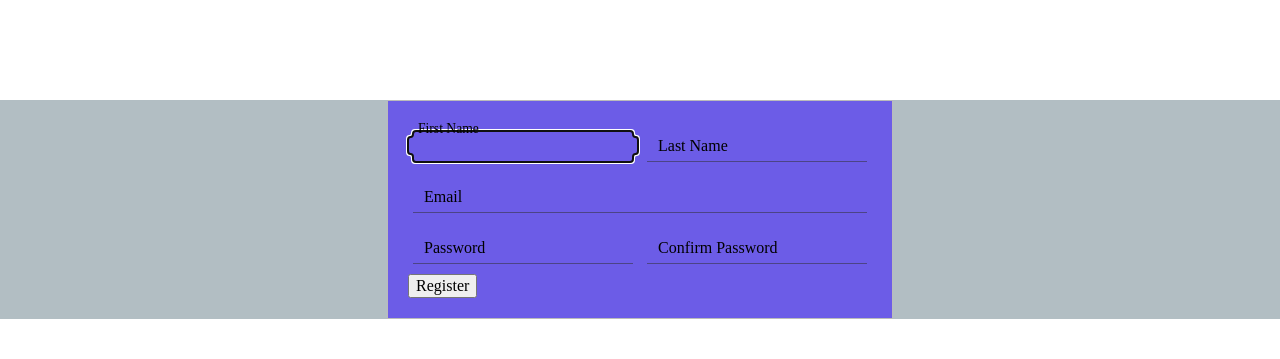
Repository: AMAmine89/vanilla-projects
Page: formo/index.html
These files come from the project's save history. The page is drawn as it stood at one moment and after the next save; the edit follows.
The browser window is 1280 px wide. The pictures show the whole page.
The first visible `span` has the focus.

Above is the page before, as saved 2021-05-05 07:18:55.

### formo/index.html
<!DOCTYPE html>
<html lang="en">
<head>
    <meta charset="UTF-8">
    <meta http-equiv="X-UA-Compatible" content="IE=edge">
    <meta name="viewport" content="width=device-width, initial-scale=1.0">
    <link rel="stylesheet" href="css/normalize.css">
    <link rel="stylesheet" href="style.css">
    <title>Formo</title>
</head>
<body>
    <section>
        <form>
            <div class="double-block">
                <div>
                    <span class="first-name">
                        <input type="text" name="first-name" id="first-name">
                    </span>
                </div>
                <div>
                    <span class="last-name">
                        <input type="text" name="last-name">
                    </span>
                </div>
            </div>
            <div>
                <span class="email"><input type="email" name="email"></span>
            </div>
            <div class="double-block">
                <div>
                    <span class="password">
                        <input type="password" name="password">
                    </span>
                </div>
                <div>
                    <span class="confirm-password">
                        <input type="password" name="confirm-password">
                    </span>
                </div>
            </div>
            <div>
                <input type="submit" value="Register">
            </div>
        </form>
    </section>
</body>
</html>

### formo/style.css
section {
    display: flex;
    justify-content: center;
    margin-top: 100px;
    background-color: #b2bec3;
}

form {
    background: #6c5ce7;
    padding: 20px;
    border: 1px solid rgb(187, 187, 187);
    border-radius: 0%;
    -webkit-border-radius: 0%;
    -moz-border-radius: 0%;
    -ms-border-radius: 0%;
    -o-border-radius: 0%;
}

div {
    position: relative;
}

.double-block div {
    display: inline-block;
}

input:not(input[type="submit"]) {
    padding: 5px 10px;
    height: 20px;
    background: transparent;
    border-top: none;
    border-right: none;
    border-left: none;
    border-bottom: solid 1px rgba(49, 49, 49, 0.527);
    margin: 10px 5px;
    outline: none;
}

input[type="email"] {
    width: -webkit-fill-available;
}

input:not(input[type="submit"])::after {
    content: '';
    width: 0;
    display: block;
    height: 1px;
    color: rgb(49, 49, 49);
    border-bottom: solid 1px;
    transition: width .3s ease-in-out;
    -webkit-transition: width .3s ease-in-out;
    -moz-transition: width .3s ease-in-out;
    -ms-transition: width .3s ease-in-out;
    -o-transition: width .3s ease-in-out;
}

input:not(input[type="submit"]):focus::after {
    width: 100%;
}

.first-name::before {
    content: 'First Name';
}

.last-name::before {
    content: 'Last Name';
}

.email::before {
    content: 'Email';
}
.password::before {
    content: 'Password';
}
.confirm-password::before {
    content: 'Confirm Password';
}



span::before {
    cursor: text;
    display: inline-block;
    position: absolute;
    top: 16px;
    left: 16px;
    bottom: 0;
    font-size: initial;
    transition: all .3s ease-in-out;
    -webkit-transition: all .3s ease-in-out;
    -moz-transition: all .3s ease-in-out;
    -ms-transition: all .3s ease-in-out;
    -o-transition: all .3s ease-in-out;
}

span:focus-within::before, span:focus::before  {
    top: 0;
    left: 10px;
    bottom: 30px;
    font-size: .85em;
}

label {
    cursor: text;
    display: inline-block;
    position: relative;
    bottom: auto;
    left: -180px;
    transition: bottom .7s ease-in-out;
    -webkit-transition: bottom .7s ease-in-out;
    -moz-transition: bottom .7s ease-in-out;
    -ms-transition: bottom .7s ease-in-out;
    -o-transition: bottom .7s ease-in-out;
}

Loaded but not shown: formo/normalize.css (library)

After the next save:
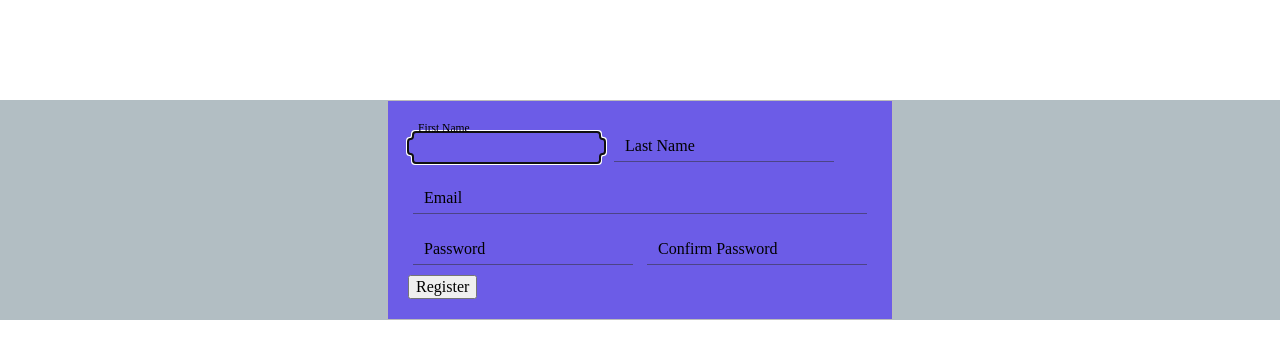
Saved 41 s later.
--- a/formo/style.css
+++ b/formo/style.css
@@ -93,7 +93,7 @@
     -o-transition: all .3s ease-in-out;
 }
 
-span:focus-within::before, span:focus::before  {
+span:focus-within::before, span:focus  {
     top: 0;
     left: 10px;
     bottom: 30px;

After the save that followed:
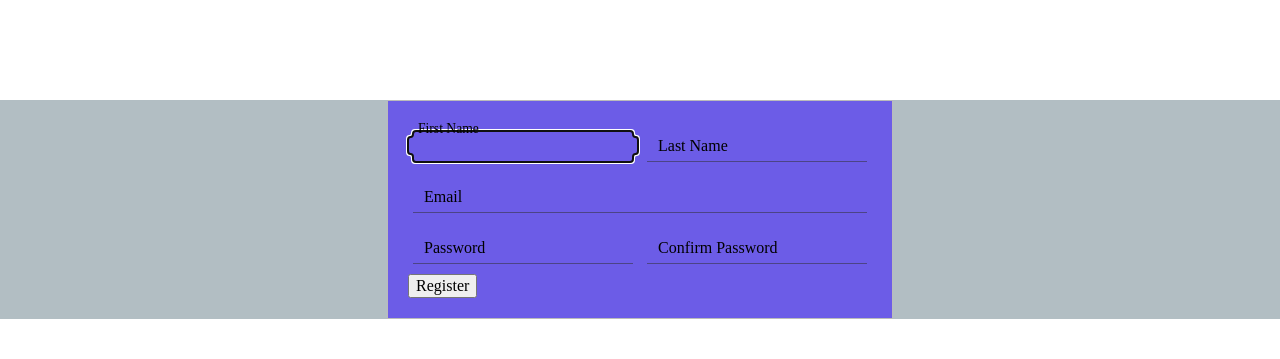
Saved 27 s later.
--- a/formo/style.css
+++ b/formo/style.css
@@ -93,7 +93,7 @@
     -o-transition: all .3s ease-in-out;
 }
 
-span:focus-within::before, span:focus  {
+span:focus-within::before, span:focus::before  {
     top: 0;
     left: 10px;
     bottom: 30px;
